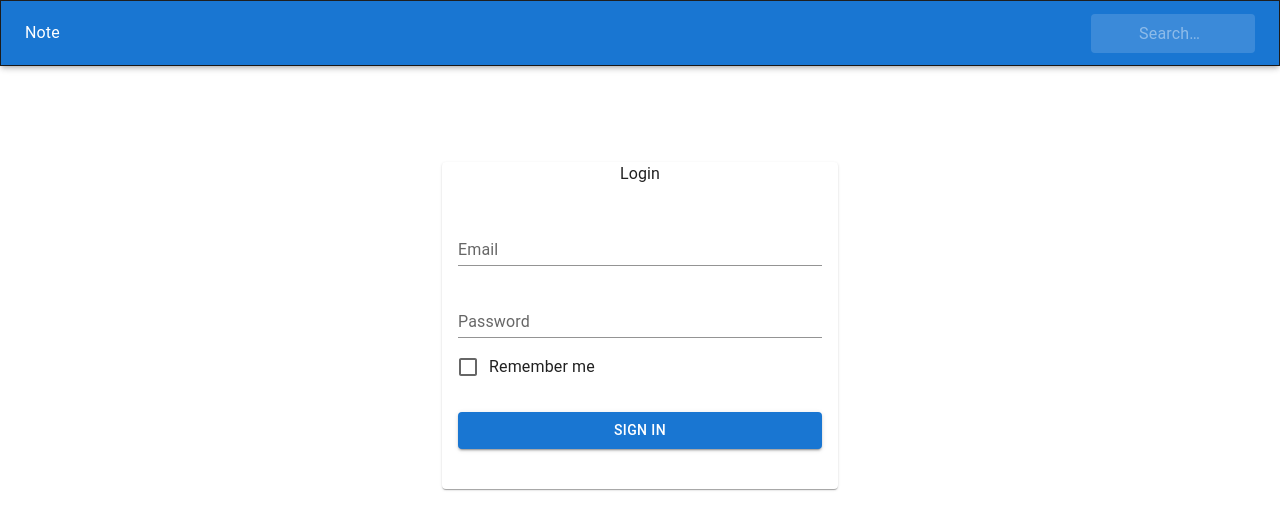
Repository: NGHIAVN1/Note
Page: /
An editor plug-in stored every save of this project. The page is shown before and after the next save, followed by the edit.
The browser window is 1280 px wide. The pictures show the whole page.
The project was rebuilt for these pictures with package versions that can differ from the ones it lists, and the page was loaded fresh each time. Also part of the build but not shown: vite.config.js, src/Register.jsx, src/Pet.jsx, src/useBreedList.jsx, src/SearchParams.jsx.

Above is the page before, as saved 2024-03-20 10:40:53.

After the next save:
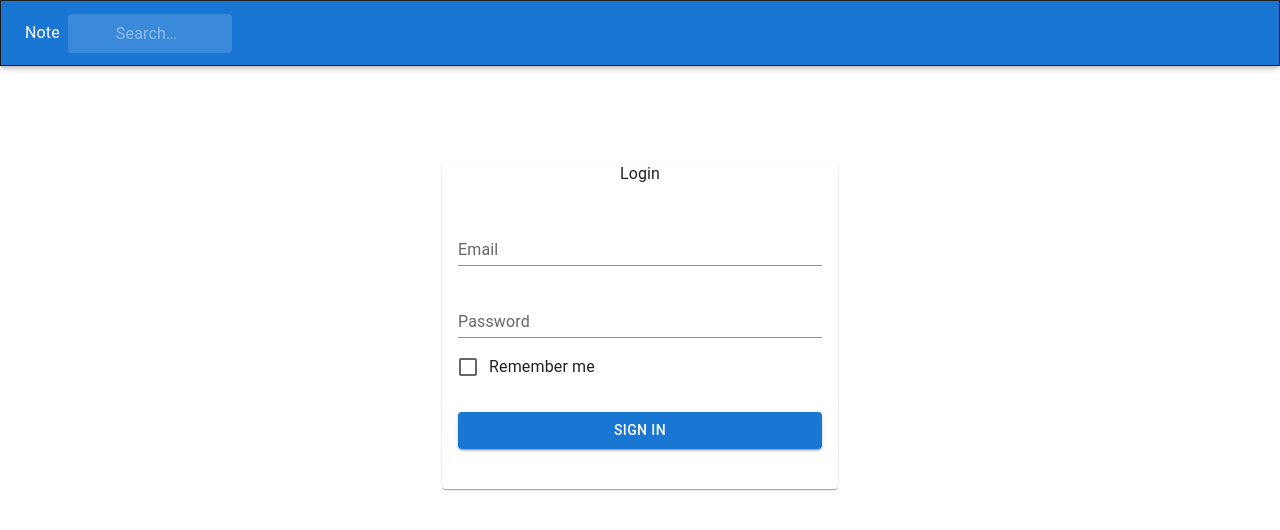
Saved 96 s later.
--- a/src/header.jsx
+++ b/src/header.jsx
@@ -63,9 +63,7 @@ const Header = () => {
           }}
         >
           <Toolbar>
-            <Typography sx={{ flex: 1 }} position={"relative"}>
-              Note
-            </Typography>
+            <Typography position={"relative"}>Note</Typography>
             <Search>
               <SearchIconWrapper>
                 <searchIcon />
